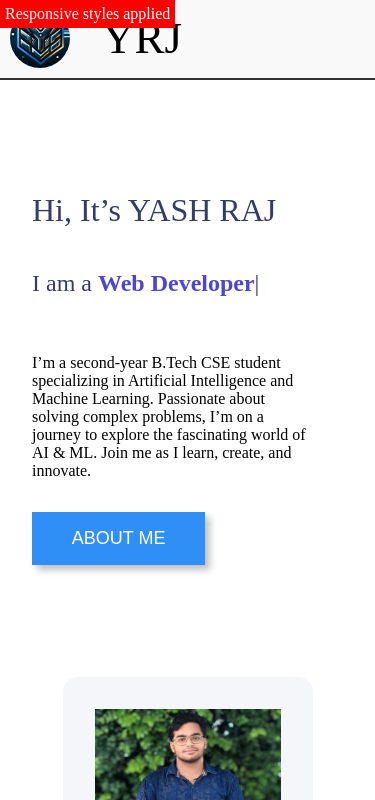
Repository: yrajha18/PeerShelf
Page: Desktop/WEB DEV/Portfolio/index.html
These files come from the project's save history. The page is drawn as it stood at one moment and after the next save; the edit follows.
The browser window is 375 px wide. The pictures show the whole page.
An inner scrolling area shows only its first screen. Some web libraries are served in a nearby version.

Above is the page before, as saved 2024-09-18 18:08:22.

### Desktop/WEB DEV/Portfolio/index.html
<!DOCTYPE html>
<html lang="en">
<head>
    <meta charset="UTF-8">
    <meta name="viewport" content="width=device-width, initial-scale=1.0">
    <title>Portfolio Website-YASH RAJ</title>
    <link rel="stylesheet" href="styles.css">
</head>
<body>

    <div id="wrapper">

        <div class="container">

            <div class="navbar">
                <div class="logocontainer">
                    <img src="./IMAGES/img.jpg" class="logo">
                    <div class="logo-text">YRJ</div>
                </div>
                <div class="nav-items">
                    <div><a href="#Projects">Projects</a></div>
                    <div><a href="#Skills">Skills</a></div>
                    <div><a onclick="window.location.href='about.html' ">About me</a></div>
                </div>
            </div>

        </div>

        <div class="hero-section">
            <div class="faded-text">Yash RaJ</div>
            <div class="hero-section-left">
                <div class="hero-section-heading">
                    Hi, It’s YASH RAJ
                </div>
                <div class="hero-section-heading hero-section-subheading">
                    I am a <span class="role"></span>
                </div>
                <div class="hero-section-description">
                    I’m a second-year B.Tech CSE student specializing in Artificial Intelligence and Machine Learning.
                    Passionate about solving complex problems, I’m on a journey to explore the fascinating world of AI & ML.
                    Join me as I learn, create, and innovate.
                </div>
                <div>
                    <button class="btn-pink" id="btn" onclick="window.location.href='about.html'">
                        ABOUT ME
                    </button>

                </div>
            </div>
            <div class="hero-section-right">
                <!-- <div class="user-image">
                    <img class="imgimg" src="./IMAGES/img2.jpg" style="height: auto; width: auto;" />
                </div> -->

                <div class="user-image-container">
                    <img src="./IMAGES/img2.jpg" alt="Image of Yash Raj" class="user-image" />
                </div>


            </div>
        </div>
<div id="Projects">
        <div class="Projects-section">
            <h2 class="Page-header">Projects</h2>
            <div class="Project-container">
                <div class="project-card" id="Project1">
                    <div class="project-number project-number-right">01</div>
                    <div class="project-content project-content-left">
                        <div class="Project-content">
                            <div class="Project-Skills-container"></div>
                            <h2 class="Project-heading">Portfolio Website</h2>
                            <p class="project-subheading">Lorem ipsum dolor sit amet</p>
                            <div class="btn-grp">
                                <button class="btn-pink btn-Project">Read more</button>
                                <a href=""><svg xmlns="http://www.w3.org/2000/svg" width="31" height="32" viewBox="0 0 496 512"><path fill="white" d="M165.9 397.4c0 2-2.3 3.6-5.2 3.6c-3.3.3-5.6-1.3-5.6-3.6c0-2 2.3-3.6 5.2-3.6c3-.3 5.6 1.3 5.6 3.6m-31.1-4.5c-.7 2 1.3 4.3 4.3 4.9c2.6 1 5.6 0 6.2-2s-1.3-4.3-4.3-5.2c-2.6-.7-5.5.3-6.2 2.3m44.2-1.7c-2.9.7-4.9 2.6-4.6 4.9c.3 2 2.9 3.3 5.9 2.6c2.9-.7 4.9-2.6 4.6-4.6c-.3-1.9-3-3.2-5.9-2.9M244.8 8C106.1 8 0 113.3 0 252c0 110.9 69.8 205.8 169.5 239.2c12.8 2.3 17.3-5.6 17.3-12.1c0-6.2-.3-40.4-.3-61.4c0 0-70 15-84.7-29.8c0 0-11.4-29.1-27.8-36.6c0 0-22.9-15.7 1.6-15.4c0 0 24.9 2 38.6 25.8c21.9 38.6 58.6 27.5 72.9 20.9c2.3-16 8.8-27.1 16-33.7c-55.9-6.2-112.3-14.3-112.3-110.5c0-27.5 7.6-41.3 23.6-58.9c-2.6-6.5-11.1-33.3 2.6-67.9c20.9-6.5 69 27 69 27c20-5.6 41.5-8.5 62.8-8.5s42.8 2.9 62.8 8.5c0 0 48.1-33.6 69-27c13.7 34.7 5.2 61.4 2.6 67.9c16 17.7 25.8 31.5 25.8 58.9c0 96.5-58.9 104.2-114.8 110.5c9.2 7.9 17 22.9 17 46.4c0 33.7-.3 75.4-.3 83.6c0 6.5 4.6 14.4 17.3 12.1C428.2 457.8 496 362.9 496 252C496 113.3 383.5 8 244.8 8M97.2 352.9c-1.3 1-1 3.3.7 5.2c1.6 1.6 3.9 2.3 5.2 1c1.3-1 1-3.3-.7-5.2c-1.6-1.6-3.9-2.3-5.2-1m-10.8-8.1c-.7 1.3.3 2.9 2.3 3.9c1.6 1 3.6.7 4.3-.7c.7-1.3-.3-2.9-2.3-3.9c-2-.6-3.6-.3-4.3.7m32.4 35.6c-1.6 1.3-1 4.3 1.3 6.2c2.3 2.3 5.2 2.6 6.5 1c1.3-1.3.7-4.3-1.3-6.2c-2.2-2.3-5.2-2.6-6.5-1m-11.4-14.7c-1.6 1-1.6 3.6 0 5.9s4.3 3.3 5.6 2.3c1.6-1.3 1.6-3.9 0-6.2c-1.4-2.3-4-3.3-5.6-2"/></svg></a>
                                <a href=""><svg xmlns="http://www.w3.org/2000/svg" width="32" height="32" viewBox="0 0 512 512"><path fill="white" d="M326.612 185.391c59.747 59.809 58.927 155.698.36 214.59c-.11.12-.24.25-.36.37l-67.2 67.2c-59.27 59.27-155.699 59.262-214.96 0c-59.27-59.26-59.27-155.7 0-214.96l37.106-37.106c9.84-9.84 26.786-3.3 27.294 10.606c.648 17.722 3.826 35.527 9.69 52.721c1.986 5.822.567 12.262-3.783 16.612l-13.087 13.087c-28.026 28.026-28.905 73.66-1.155 101.96c28.024 28.579 74.086 28.749 102.325.51l67.2-67.19c28.191-28.191 28.073-73.757 0-101.83c-3.701-3.694-7.429-6.564-10.341-8.569a16.04 16.04 0 0 1-6.947-12.606c-.396-10.567 3.348-21.456 11.698-29.806l21.054-21.055c5.521-5.521 14.182-6.199 20.584-1.731a152.5 152.5 0 0 1 20.522 17.197M467.547 44.449c-59.261-59.262-155.69-59.27-214.96 0l-67.2 67.2c-.12.12-.25.25-.36.37c-58.566 58.892-59.387 154.781.36 214.59a152.5 152.5 0 0 0 20.521 17.196c6.402 4.468 15.064 3.789 20.584-1.731l21.054-21.055c8.35-8.35 12.094-19.239 11.698-29.806a16.04 16.04 0 0 0-6.947-12.606c-2.912-2.005-6.64-4.875-10.341-8.569c-28.073-28.073-28.191-73.639 0-101.83l67.2-67.19c28.239-28.239 74.3-28.069 102.325.51c27.75 28.3 26.872 73.934-1.155 101.96l-13.087 13.087c-4.35 4.35-5.769 10.79-3.783 16.612c5.864 17.194 9.042 34.999 9.69 52.721c.509 13.906 17.454 20.446 27.294 10.606l37.106-37.106c59.271-59.259 59.271-155.699.001-214.959"/></svg></i></a>
                            </div>
                        </div>
                    </div>
                </div>

                <div class="project-card" id="project2">
                    <div class="project-number project-number-left">02</div>
                    <div class="project-content project-content-right">
                        <div class="project-skill-container"></div>
                        <h2 class="project-heading">Lorem Ipsum</h2>
                        <p class="project-sub-heading">Lorem ipsum dolor sit amet consectetur adipisicing elit. Fugit impedit voluptas consequatur</p>
                        <div class="btn-group">
                            <button class="btn-pink btn-project">Read More</button>
                            <a href=""><svg xmlns="http://www.w3.org/2000/svg" width="31" height="32" viewBox="0 0 496 512"><path fill="white" d="M165.9 397.4c0 2-2.3 3.6-5.2 3.6c-3.3.3-5.6-1.3-5.6-3.6c0-2 2.3-3.6 5.2-3.6c3-.3 5.6 1.3 5.6 3.6m-31.1-4.5c-.7 2 1.3 4.3 4.3 4.9c2.6 1 5.6 0 6.2-2s-1.3-4.3-4.3-5.2c-2.6-.7-5.5.3-6.2 2.3m44.2-1.7c-2.9.7-4.9 2.6-4.6 4.9c.3 2 2.9 3.3 5.9 2.6c2.9-.7 4.9-2.6 4.6-4.6c-.3-1.9-3-3.2-5.9-2.9M244.8 8C106.1 8 0 113.3 0 252c0 110.9 69.8 205.8 169.5 239.2c12.8 2.3 17.3-5.6 17.3-12.1c0-6.2-.3-40.4-.3-61.4c0 0-70 15-84.7-29.8c0 0-11.4-29.1-27.8-36.6c0 0-22.9-15.7 1.6-15.4c0 0 24.9 2 38.6 25.8c21.9 38.6 58.6 27.5 72.9 20.9c2.3-16 8.8-27.1 16-33.7c-55.9-6.2-112.3-14.3-112.3-110.5c0-27.5 7.6-41.3 23.6-58.9c-2.6-6.5-11.1-33.3 2.6-67.9c20.9-6.5 69 27 69 27c20-5.6 41.5-8.5 62.8-8.5s42.8 2.9 62.8 8.5c0 0 48.1-33.6 69-27c13.7 34.7 5.2 61.4 2.6 67.9c16 17.7 25.8 31.5 25.8 58.9c0 96.5-58.9 104.2-114.8 110.5c9.2 7.9 17 22.9 17 46.4c0 33.7-.3 75.4-.3 83.6c0 6.5 4.6 14.4 17.3 12.1C428.2 457.8 496 362.9 496 252C496 113.3 383.5 8 244.8 8M97.2 352.9c-1.3 1-1 3.3.7 5.2c1.6 1.6 3.9 2.3 5.2 1c1.3-1 1-3.3-.7-5.2c-1.6-1.6-3.9-2.3-5.2-1m-10.8-8.1c-.7 1.3.3 2.9 2.3 3.9c1.6 1 3.6.7 4.3-.7c.7-1.3-.3-2.9-2.3-3.9c-2-.6-3.6-.3-4.3.7m32.4 35.6c-1.6 1.3-1 4.3 1.3 6.2c2.3 2.3 5.2 2.6 6.5 1c1.3-1.3.7-4.3-1.3-6.2c-2.2-2.3-5.2-2.6-6.5-1m-11.4-14.7c-1.6 1-1.6 3.6 0 5.9s4.3 3.3 5.6 2.3c1.6-1.3 1.6-3.9 0-6.2c-1.4-2.3-4-3.3-5.6-2"/></svg></a>
                            <a href=""><svg xmlns="http://www.w3.org/2000/svg" width="32" height="32" viewBox="0 0 512 512"><path fill="white" d="M326.612 185.391c59.747 59.809 58.927 155.698.36 214.59c-.11.12-.24.25-.36.37l-67.2 67.2c-59.27 59.27-155.699 59.262-214.96 0c-59.27-59.26-59.27-155.7 0-214.96l37.106-37.106c9.84-9.84 26.786-3.3 27.294 10.606c.648 17.722 3.826 35.527 9.69 52.721c1.986 5.822.567 12.262-3.783 16.612l-13.087 13.087c-28.026 28.026-28.905 73.66-1.155 101.96c28.024 28.579 74.086 28.749 102.325.51l67.2-67.19c28.191-28.191 28.073-73.757 0-101.83c-3.701-3.694-7.429-6.564-10.341-8.569a16.04 16.04 0 0 1-6.947-12.606c-.396-10.567 3.348-21.456 11.698-29.806l21.054-21.055c5.521-5.521 14.182-6.199 20.584-1.731a152.5 152.5 0 0 1 20.522 17.197M467.547 44.449c-59.261-59.262-155.69-59.27-214.96 0l-67.2 67.2c-.12.12-.25.25-.36.37c-58.566 58.892-59.387 154.781.36 214.59a152.5 152.5 0 0 0 20.521 17.196c6.402 4.468 15.064 3.789 20.584-1.731l21.054-21.055c8.35-8.35 12.094-19.239 11.698-29.806a16.04 16.04 0 0 0-6.947-12.606c-2.912-2.005-6.64-4.875-10.341-8.569c-28.073-28.073-28.191-73.639 0-101.83l67.2-67.19c28.239-28.239 74.3-28.069 102.325.51c27.75 28.3 26.872 73.934-1.155 101.96l-13.087 13.087c-4.35 4.35-5.769 10.79-3.783 16.612c5.864 17.194 9.042 34.999 9.69 52.721c.509 13.906 17.454 20.446 27.294 10.606l37.106-37.106c59.271-59.259 59.271-155.699.001-214.959"/></svg></a>
                        </div>
                    </div>
                </div>

                <div class="project-card" id="project3">
                    <div class="project-number project-number-left">03</div>
                    <div class="project-content project-content-left">
                        <div class="project-skill-container"></div>
                        <h2 class="project-heading">Lorem Ipsum</h2>
                        <p class="project-sub-heading">Lorem ipsum dolor sit amet consectetur adipisicing elit. Fugit impedit voluptas consequatur</p>
                        <div class="btn-group">
                            <button class="btn-pink btn-Project1">Read more</button>
                            <a href=""><svg xmlns="http://www.w3.org/2000/svg" width="31" height="32" viewBox="0 0 496 512"><path fill="white" d="M165.9 397.4c0 2-2.3 3.6-5.2 3.6c-3.3.3-5.6-1.3-5.6-3.6c0-2 2.3-3.6 5.2-3.6c3-.3 5.6 1.3 5.6 3.6m-31.1-4.5c-.7 2 1.3 4.3 4.3 4.9c2.6 1 5.6 0 6.2-2s-1.3-4.3-4.3-5.2c-2.6-.7-5.5.3-6.2 2.3m44.2-1.7c-2.9.7-4.9 2.6-4.6 4.9c.3 2 2.9 3.3 5.9 2.6c2.9-.7 4.9-2.6 4.6-4.6c-.3-1.9-3-3.2-5.9-2.9M244.8 8C106.1 8 0 113.3 0 252c0 110.9 69.8 205.8 169.5 239.2c12.8 2.3 17.3-5.6 17.3-12.1c0-6.2-.3-40.4-.3-61.4c0 0-70 15-84.7-29.8c0 0-11.4-29.1-27.8-36.6c0 0-22.9-15.7 1.6-15.4c0 0 24.9 2 38.6 25.8c21.9 38.6 58.6 27.5 72.9 20.9c2.3-16 8.8-27.1 16-33.7c-55.9-6.2-112.3-14.3-112.3-110.5c0-27.5 7.6-41.3 23.6-58.9c-2.6-6.5-11.1-33.3 2.6-67.9c20.9-6.5 69 27 69 27c20-5.6 41.5-8.5 62.8-8.5s42.8 2.9 62.8 8.5c0 0 48.1-33.6 69-27c13.7 34.7 5.2 61.4 2.6 67.9c16 17.7 25.8 31.5 25.8 58.9c0 96.5-58.9 104.2-114.8 110.5c9.2 7.9 17 22.9 17 46.4c0 33.7-.3 75.4-.3 83.6c0 6.5 4.6 14.4 17.3 12.1C428.2 457.8 496 362.9 496 252C496 113.3 383.5 8 244.8 8M97.2 352.9c-1.3 1-1 3.3.7 5.2c1.6 1.6 3.9 2.3 5.2 1c1.3-1 1-3.3-.7-5.2c-1.6-1.6-3.9-2.3-5.2-1m-10.8-8.1c-.7 1.3.3 2.9 2.3 3.9c1.6 1 3.6.7 4.3-.7c.7-1.3-.3-2.9-2.3-3.9c-2-.6-3.6-.3-4.3.7m32.4 35.6c-1.6 1.3-1 4.3 1.3 6.2c2.3 2.3 5.2 2.6 6.5 1c1.3-1.3.7-4.3-1.3-6.2c-2.2-2.3-5.2-2.6-6.5-1m-11.4-14.7c-1.6 1-1.6 3.6 0 5.9s4.3 3.3 5.6 2.3c1.6-1.3 1.6-3.9 0-6.2c-1.4-2.3-4-3.3-5.6-2"/></svg></a>
                            <a href=""><svg xmlns="http://www.w3.org/2000/svg" width="32" height="32" viewBox="0 0 512 512"><path fill="white" d="M326.612 185.391c59.747 59.809 58.927 155.698.36 214.59c-.11.12-.24.25-.36.37l-67.2 67.2c-59.27 59.27-155.699 59.262-214.96 0c-59.27-59.26-59.27-155.7 0-214.96l37.106-37.106c9.84-9.84 26.786-3.3 27.294 10.606c.648 17.722 3.826 35.527 9.69 52.721c1.986 5.822.567 12.262-3.783 16.612l-13.087 13.087c-28.026 28.026-28.905 73.66-1.155 101.96c28.024 28.579 74.086 28.749 102.325.51l67.2-67.19c28.191-28.191 28.073-73.757 0-101.83c-3.701-3.694-7.429-6.564-10.341-8.569a16.04 16.04 0 0 1-6.947-12.606c-.396-10.567 3.348-21.456 11.698-29.806l21.054-21.055c5.521-5.521 14.182-6.199 20.584-1.731a152.5 152.5 0 0 1 20.522 17.197M467.547 44.449c-59.261-59.262-155.69-59.27-214.96 0l-67.2 67.2c-.12.12-.25.25-.36.37c-58.566 58.892-59.387 154.781.36 214.59a152.5 152.5 0 0 0 20.521 17.196c6.402 4.468 15.064 3.789 20.584-1.731l21.054-21.055c8.35-8.35 12.094-19.239 11.698-29.806a16.04 16.04 0 0 0-6.947-12.606c-2.912-2.005-6.64-4.875-10.341-8.569c-28.073-28.073-28.191-73.639 0-101.83l67.2-67.19c28.239-28.239 74.3-28.069 102.325.51c27.75 28.3 26.872 73.934-1.155 101.96l-13.087 13.087c-4.35 4.35-5.769 10.79-3.783 16.612c5.864 17.194 9.042 34.999 9.69 52.721c.509 13.906 17.454 20.446 27.294 10.606l37.106-37.106c59.271-59.259 59.271-155.699.001-214.959"/></svg></a>
                        </div>
                    </div>
                </div>
            </div>
        </div>
    </div>


<div id="Skills" class="container skills-container">


    <div class="skills-left">
      <h2 class="skills-title">Soft Skills</h2>
      <div class="skills-content">
        <div class="skill-category">
          <ul>
            <li>Problem-Solving Mindset</li>
            <li>Project Management</li>
            <li>Critical Thinking</li>
            <li>Leadership</li>
            <li>Communication Skills</li>
          </ul>
        </div>
      </div>
    </div>


    <div class="skills-right">
      <h2 class="skills-title">Tech Stack</h2>
      <div class="skills-content">
        <div class="skill-category">
          <b>Frontend:</b>
          <ul>
            <li>HTML & CSS</li>
            <li>JavaScript</li>
          </ul>
        </div>
        <div class="skill-category">
          <b>Programming Languages:</b>
          <ul>
            <li>C</li>
            <li>Python</li>
          </ul>
        </div>
        <div class="skill-category">
          <b>Version Control:</b>
          <ul>
            <li>Git & GitHub</li>
          </ul>
        </div>
        <div class="skill-category">
          <b>Database:</b>
          <ul>
            <li>MySQL</li>
            <li>Mongodb</li>
          </ul>
        </div>
      </div>
    </div>

  </div>


        <div id="Contact_me" style="display: flex; align-items: center; justify-content: center; flex-direction: column;">
           <div class="social-links">
                <div> <p style=" margin-bottom: 10px; text-align: center; margin-right: 30px;"><strong>&copy; YRJ</strong></p> </div>

                <a href="mailto:yaraj9773@gmail.com" target="_blank" class="social-icon">Gmail</a>
                <a href="https://www.linkedin.com/in/yashraj18/" target="_blank" class="social-icon">LinkedIn</a>
                <a href="https://github.com" target="_blank" class="social-icon">GitHub</a>
            </div>
        </div>





        <script src="https://cdn.jsdelivr.net/npm/typed.js@2.0.12"></script>
        <script src="https://kit.fontawesome.com/58a810656e.js" crossorigin="anonymous"></script>
        <script>
            var typeData = new Typed(".role", {
                strings: [
                    "Programmer",
                    "Web Developer",
                    "Frontend Developer",
                    "Backend Developer",
                    "Full Stack Developer"
                ],
                loop: true,
                typeSpeed: 100,
                backSpeed: 80,
                backDelay: 900,
            });
        </script>

    </div>
</body>
</html>

### Desktop/WEB DEV/Portfolio/styles.css
* {
  margin: 0;
  padding: 0;
  box-sizing: border-box;
  scroll-behavior: smooth;
}

:root {
  --primary-color: #007bff;
  --secondary-color: #0056b3;
  --text-color: #333;
  --background-color: #f4f4f4;
  --header-bg: url('./IMAGES/IMG3.png') no-repeat center center/cover;
  --footer-bg: #007bff;
  --shadow-light: rgba(0, 0, 0, 0.1);
  --shadow-dark: rgba(0, 0, 0, 0.3);
}

#wrapper {
  height: 100vh;
  overflow-y: auto;
  overflow-x: hidden;
}

.container {
  width: 1200px;
  margin: 0 auto;
}

.navbar {
  display: flex;
  justify-content: space-between;
  align-items: center;
  border-bottom: 2px solid #333;
  box-shadow: #343d68;
  background-color: #f9f9f9;
  padding-top: 0.5rem;
}

.logo {
  width: 60px;
    border-radius: 50%;
    margin-right: 1rem;
    margin-left: 10px;
}

.logo-text {
  margin-left: 1rem;
  font-size: 45px;
}

.logocontainer {
  display: flex;
  flex-direction: row;
  align-items: center;
  margin-bottom: 10px;
}

.nav-items {
  display: flex;
  gap: 1.5rem;
  padding: 0 3em;
}

.nav-items div {
  font-size: 20px;
  font-weight: 500;
  cursor: pointer;
}

a {
  text-decoration: none;
}

.nav-items a {
  color: black;
}

.nav-items div:hover {
  transition: 2s ease;
  font-weight: bold;
}

.hero-section {
  position: relative;
  display: flex;
  justify-content: center;
  align-items: center;
  gap: 5rem;
  margin: 4rem auto;
  padding: 0 1rem;
  padding-bottom: 8rem;
}

.hero-section {
  flex-direction: column;
}


.faded-text {
  position: absolute;
  user-select: none;
  font-size: 13rem;
  color: rgb(231, 231, 231);
  bottom: -3%;
  left: 1%;
  font-weight: bold;
  transition: all 3s;
}

.hero-section-left {
  display: flex;
  flex-direction: column;
  justify-content: center;
  gap: 2rem;
}

.hero-section-heading {
  font-size: 3.5vw;
  color: #343d68;
  font-weight: 500;
}

.role {
  color: #4e45d5;
  font-weight: 800;
}

.hero-section-subheading {
  font-size: 45px;
  line-height: 45px;
}

.hero-section-description {
  font-size: 20px;
  margin-top: 1rem;
  width: 90%;
  font-weight: 400;
}

.hero-section-right {
  position: relative;
}

.imgimg {
  object-fit: cover;
}

.user-image {
  border-radius: 15px;
  padding: 2rem;
  transition: all 1s;

  height: 480px;
  width: 450px;
  display: flex;
  background-color: #f5f6fa;
  margin-right: 110px;
  animation: scaleImage 5s linear infinite;
  transform: scale(0.2, 0.3);
}

@keyframes scaleImage {
  0% {
      transform: scale(1);
  }
  50% {
      transform: scale(1.11);
      box-shadow: 3px 3px 10px black;
  }
  100% {
      transform: scale(1);
  }
}


.btn-pink {
  width: 100%;
}

@media (min-width: 768px) {

  .hero-section {
      flex-direction: row;
  }
  .hero-section-left {
      width: 60%;
  }
  /* .user-image {
      margin-right: 2rem;
      margin-left: 2rem;
  } */
}



.btn-pink, .btn-Project {
  background-color: #308ff6;
  width: fit-content;
  color: rgb(255, 255, 255);
  padding: 0.8rem 2.3rem;
  box-shadow: 5px 5px 7px 0px #0000003f;
  font-size: 18px;
  cursor: pointer;
  transition: all 0.1s;
  font-weight: 500;
  border: solid 3px transparent;
  position: relative;
}

.btn-pink::before {
  content: "";
  position: absolute;
  background-color: #fff;
  top: 0px;
  left: 0;
  right: 0;
  bottom: 0px;
  z-index: -1;
  transform: scaleX(0);
  transform-origin: left;
  transition: all 0.8s;
}

.btn-pink:hover::before {
  transform: scaleX(1);
}

.btn-pink:hover {
  border: solid 3px #4681f4;
  color: black;
}

.Project-section {
  background-color: rgb(231, 231, 231);
  margin: 4rem;
}

.Page-header {
  color: #0056b3;
  font-size: 90px;
  text-align: center;
  padding-top: 30px;
}

.Project-section {
  max-width: 1200px;
  margin: 0 auto;
  padding: 3rem 0;
  display: flex;
  flex-direction: column;
  gap: 120px;
}

.project-card {
  width: 80%;
  height: 500px;
  background-size: cover;
  position: relative;
  align-items: center;
  justify-content: center;
  box-shadow: 0px 0px 40px #1f1f1f;
}

.project-card::after {
  content: "";
  position: absolute;
  top: 0;
  left: 0;
  right: 0;
  bottom: 0;
  background-color: #1f1f1f9a;
  z-index: 0;
}

.project-card::before {
  content: "";
  position: absolute;
  top: 0;
  left: 0;
  right: 0;
  bottom: 0;
  background: linear-gradient(45deg, #343d68, #343d68be, #343d687c);
  transform: scaleX(0);
  transform-origin: left;
  transition: all 0.9s;
  z-index: 1;
}

.project-card:hover::before {
  transform: scaleX(1);
}

.project-number {
  position: absolute;
  font-size: 200px;
  font-weight: 600;
  color: white;
  z-index: 10;
  opacity: 0;
}

.project-card:hover .project-number {
  opacity: 1;
}

.project-number-right {
  right: -40px;
  top: -45px;
}

.project-number-left {
  left: -4px;
  top: -45px;
}

.project-content {
  position: absolute;
  display: flex;
  flex-direction: column;
  color: white;
  padding: 2em;
  bottom: 20%;
  z-index: 5;
  gap: 1em;
  transition: all 0.4s;
}

.project-content-left {
  left: 10%;
}

.project-content-right {
  right: 10%;
}

.project-skills-container {
  width: 60%;
  display: flex;
  gap: 10px;
  flex-wrap: wrap;
}

.project-skill {
  width: 40px;
}

.project-heading {
  font-size: 50px;
  font-weight: bold;
  line-height: 3rem;
}

.project-subheading {
  width: 70%;
  font-size: 16px;
  font-style: italic;
}

.btn-grp {
  display: flex;
  gap: 0.9rem;
  align-items: center;
}

.btn-group {
  display: flex;
  gap: 0.9rem;
  align-items: center;
}

.btn-Project:hover {
  border: none;
}



.project-card:hover .project-content {
  transform: scale(1.1);
}

#project1 {
  background-image: url(./IMAGES/img4.jpg);
}

#project2 {
  margin-left: 120px;
  background-image: url(./IMAGES/projects/Project2.png);
}

#project3 {
  background-image: url(./IMAGES/projects/Project3.png);
}

@media (max-width: 1300px) {
  .Page-header {
      padding-top: 30px;
      color: var(--bgOrange);
      text-align: center;
      font-size: 40px;
  }
  .Project-section {
      padding: 5px;
      margin: 10px;
      gap: 60px;
  }
  .project-card {
      width: 100%;
      height: 300px;
  }
  .project-card {
      background-size: cover;
      background-position: center;
  }
  .project-content {
      scale: 0.5;
      bottom: 0;
      left: 0;
      right: 0;
      top: 0;
  }
  .project-content-left {
      left: 0;
  }
  .project-heading {
      font-size: 40px;
      width: 100%;
  }
  .project-subheading {
      width: 100%;
  }
  #project2 {
      margin-left: 0;
  }
  .project-skills-container {
      width: 100%;
  }
  .project-skill {
      width: 35px;
  }
  .project-card:hover .project-number {
      display: none;
  }
  .project-card:hover .project-content {
      scale: 0.55;
  }
}

.skills-container {
  display: flex;

  justify-content: space-between;
  padding: 5rem 2rem;
  margin: 50px;
  margin-left: 150px;
  max-width: 1200px;
  gap: 4rem;
  background-color: #f9f9f9;
  border-radius: 8px;
  box-shadow: 0 4px 8px rgba(0, 0, 0, 0.1);
}


.skills-left, .skills-right {
  flex: 1;
  padding: 2rem;
  background-color: #fff;
  border-radius: 8px;
  box-shadow: 0 4px 8px rgba(0, 0, 0, 0.05);
}


.skills-title {
  font-size: 2rem;
  font-weight: 600;
  color: #0056b3;
  text-align: center;
  margin-bottom: 1.5rem;
  position: relative;
}

.skills-title::after {
  content: '';
  width: 50px;
  height: 4px;
  background-color: #007bff;
  position: absolute;
  bottom: -10px;
  left: 50%;
  transform: translateX(-50%);
}


.skills-content {
  margin-top: 1.5rem;
}

.skill-category {
  margin-bottom: 1.5rem;
}

.skill-category b {
  font-size: 1.2rem;
  color: #333;
  margin-bottom: 0.5rem;
  display: inline-block;
}


.skill-category ul {
  list-style-type: disc;
  margin-left: 1.5rem;
}

.skill-category ul li {
  font-size: 1rem;
  color: #555;
  margin-bottom: 0.5rem;
  transition: color 0.3s ease;
}


.skill-category ul li:hover {
  color: #007bff;
}


@media screen and (max-width: 768px) {
  .hero-section {
    flex-direction: column;
    padding: 0 20px;
  }

  .hero-section-left, .hero-section-right {
    width: 100%;
  }

  .hero-section-right {
    margin-top: 30px;
  }

  .faded-text {
    font-size: 4em;
    bottom: -10%;
    left: -5%;
  }

  .user-image {
    max-width: 250px;
    max-height: 250px;
  }
}

/* Responsive styles for hero section and skills section */

@media screen and (max-width: 1024px) {
  .hero-section {
    flex-direction: column;
    align-items: center;
    padding: 2rem;
  }

  .hero-section-left, .hero-section-right {
    width: 100%;
    max-width: 600px;
    margin: 1rem 0;
  }

  .faded-text {
    font-size: 5rem;
    bottom: -5%;
    left: 0;
  }

  .user-image-container {
    max-width: 300px;
    margin: 0 auto;
  }

  .skills-container {
    flex-direction: column;
    padding: 2rem;
  }

  .skills-left, .skills-right {
    width: 100%;
    margin-bottom: 2rem;
  }
}

@media screen and (max-width: 768px) {
  .hero-section-heading {
    font-size: 2.5rem;
  }

  .hero-section-subheading {
    font-size: 1.8rem;
  }

  .hero-section-description {
    font-size: 1rem;
  }

  .faded-text {
    font-size: 4rem;
  }

  .skills-content {
    display: flex;
    flex-wrap: wrap;
  }

  .skill-category {
    width: 48%;
    margin-bottom: 1rem;
  }
}

/* Verification style */
body::before {
  content: "Responsive styles applied";
  position: fixed;
  top: 0;
  left: 0;
  background: red;
  color: white;
  padding: 5px;
  z-index: 9999;
}

/* Rest of the responsive styles... */

/* Remove the verification style if it's working */

/* Responsive styles for hero section and skills section */

@media screen and (max-width: 1024px) {
  body .hero-section {
    flex-direction: column;
    align-items: center;
    padding: 2rem;
  }

  body .hero-section-left,
  body .hero-section-right {
    width: 100%;
    max-width: 600px;
    margin: 1rem 0;
  }

  body .faded-text {
    font-size: 5rem;
    bottom: -5%;
    left: 0;
  }

  body .user-image {
    max-width: 300px;
    margin: 0 auto;
  }

  body .skills-container {
    flex-direction: column;
    padding: 2rem;
  }

  body .skills-left,
  body .skills-right {
    width: 100%;
    margin-bottom: 2rem;
  }
}

@media screen and (max-width: 768px) {
  body .hero-section-heading {
    font-size: 2.5rem;
  }

  body .hero-section-subheading {
    font-size: 1.8rem;
  }

  body .hero-section-description {
    font-size: 1rem;
  }

  body .faded-text {
    font-size: 4rem;
  }

  body .skills-content {
    display: flex;
    flex-wrap: wrap;
  }

  body .skill-category {
    width: 48%;
    margin-bottom: 1rem;
  }
}

@media screen and (max-width: 480px) {
  body .hero-section-heading {
    font-size: 2rem;
  }

  body .hero-section-subheading {
    font-size: 1.5rem;
  }

  body .faded-text {
    font-size: 3rem;
  }

  body .user-image {
    max-width: 250px;
  }

  body .skill-category {
    width: 100%;
  }
}

After the next save:
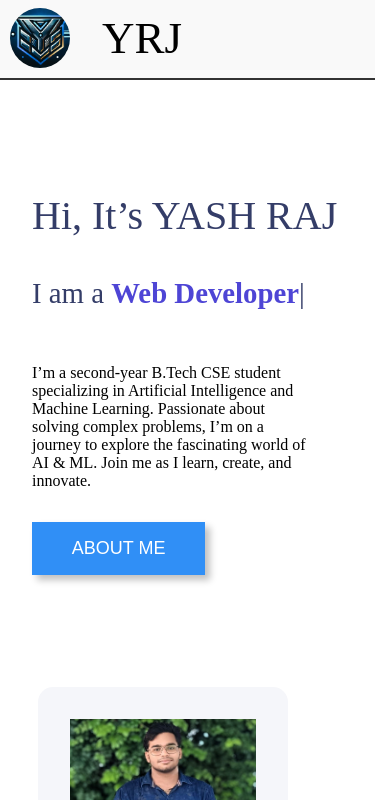
Saved 38 s later.
--- a/Desktop/WEB DEV/Portfolio/styles.css
+++ b/Desktop/WEB DEV/Portfolio/styles.css
@@ -615,108 +615,3 @@ a {
     margin-bottom: 1rem;
   }
 }
-
-/* Verification style */
-body::before {
-  content: "Responsive styles applied";
-  position: fixed;
-  top: 0;
-  left: 0;
-  background: red;
-  color: white;
-  padding: 5px;
-  z-index: 9999;
-}
-
-/* Rest of the responsive styles... */
-
-/* Remove the verification style if it's working */
-
-/* Responsive styles for hero section and skills section */
-
-@media screen and (max-width: 1024px) {
-  body .hero-section {
-    flex-direction: column;
-    align-items: center;
-    padding: 2rem;
-  }
-
-  body .hero-section-left,
-  body .hero-section-right {
-    width: 100%;
-    max-width: 600px;
-    margin: 1rem 0;
-  }
-
-  body .faded-text {
-    font-size: 5rem;
-    bottom: -5%;
-    left: 0;
-  }
-
-  body .user-image {
-    max-width: 300px;
-    margin: 0 auto;
-  }
-
-  body .skills-container {
-    flex-direction: column;
-    padding: 2rem;
-  }
-
-  body .skills-left,
-  body .skills-right {
-    width: 100%;
-    margin-bottom: 2rem;
-  }
-}
-
-@media screen and (max-width: 768px) {
-  body .hero-section-heading {
-    font-size: 2.5rem;
-  }
-
-  body .hero-section-subheading {
-    font-size: 1.8rem;
-  }
-
-  body .hero-section-description {
-    font-size: 1rem;
-  }
-
-  body .faded-text {
-    font-size: 4rem;
-  }
-
-  body .skills-content {
-    display: flex;
-    flex-wrap: wrap;
-  }
-
-  body .skill-category {
-    width: 48%;
-    margin-bottom: 1rem;
-  }
-}
-
-@media screen and (max-width: 480px) {
-  body .hero-section-heading {
-    font-size: 2rem;
-  }
-
-  body .hero-section-subheading {
-    font-size: 1.5rem;
-  }
-
-  body .faded-text {
-    font-size: 3rem;
-  }
-
-  body .user-image {
-    max-width: 250px;
-  }
-
-  body .skill-category {
-    width: 100%;
-  }
-}
